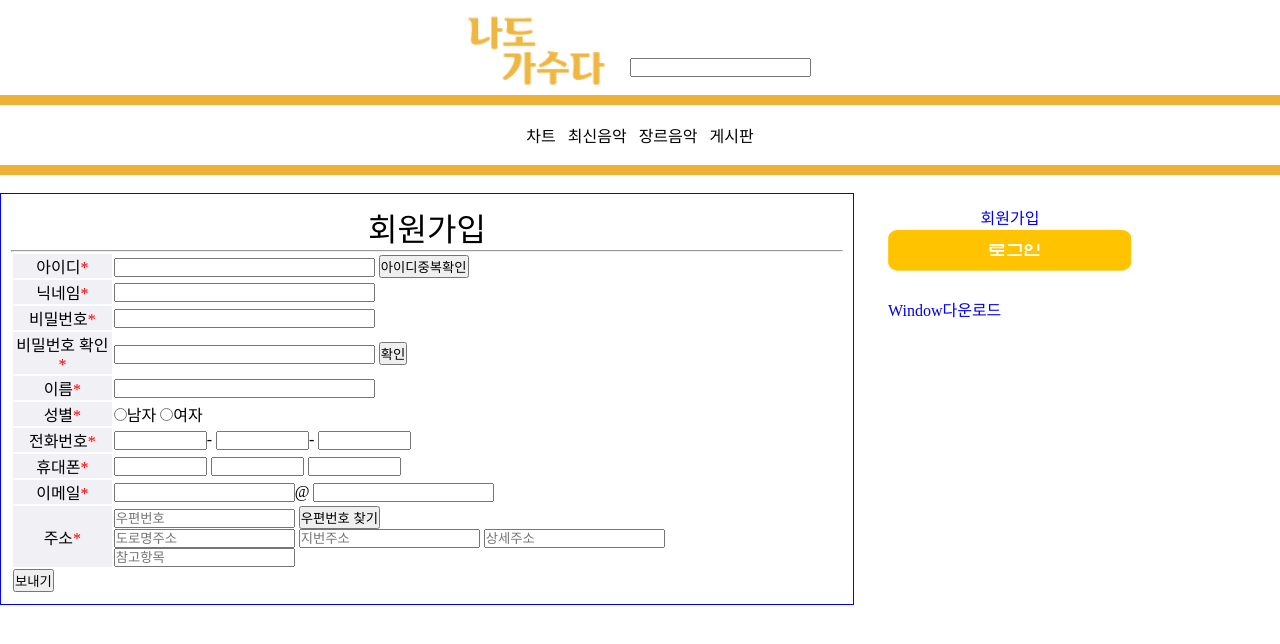
Repository: Ea-Bell/GraduationPortfolio
Page: http://localhost/WebTest/webTest/View/login/signUp.jsp
An editor plug-in stored every save of this project. The page is shown before and after the next save, followed by the edit.
The browser window is 1280 px wide. The pictures show the whole page.
The page is served by Tomcat 9. Nobody is signed in. The application's start-up code is not run. Other server files are loaded and not shown.

Above is the page before, as saved 2020-09-16 08:28:19.

### WEB_Server/WebTest/WebContent/webTest/View/login/signUp.jsp
<%@ page language="java" contentType="text/html; charset=UTF-8"
	pageEncoding="UTF-8"%>
<%@ taglib uri="http://java.sun.com/jsp/jstl/core" prefix="c"%>
<!DOCTYPE html>
<html>
<head>

<meta charset="UTF-8">
<title>회원가입</title>
<link rel="stylesheet" type="text/css" href="/webTest/Model/login/info.css" />
<link rel="stylesheet" type="text/css"
	href="/webTest/Model/mainForm/mainForm.css" />
<script type="text/javascript" src="/webTest/Model/mainForm/mainForm.js"></script>
</head>
<%-- 기본 기능 스크립트--%>
<script type="text/javascript" src="/webTest/Model/login/info.js"></script>

<%-- 다음 주소 스크립트--%>
<script
	src="https://t1.daumcdn.net/mapjsapi/bundle/postcode/prod/postcode.v2.js"></script>

<body>

<header>
	<div align="center">

		<form action="mainForm.jsp" method="post">
			<!-- 헤더 -->

				<a href="/index" style="background: white;">
					 <img src="/webTest/img/logo.png"
					 style="position: relative; top: 15px; left: 0px; width: 140px; width:140px"></a>
					  <input type="text" onclick=""
					style="position: relative; left: 20px;">
				&nbsp;&nbsp;&nbsp;&nbsp;&nbsp; <br>
				<br>

				<hr id="head_line" size="10px" color="#ECB237">

				<br> <a href="" onmouseover="TextMover()"
					onmouseout="TextMount()" id="nav" style="color: black;">차트</a>
				&nbsp; <a href="/webTest/View/fileUpLoad/fileList.jsp" onmouseover="TextMover2()"
					onmouseout="TextMount2()" id="nav2" style="color: black;">최신음악</a>
				&nbsp; <a href="" onmouseover="TextMover3()"
					onmouseout="TextMount3()" id="nav3" style="color: black;">장르음악</a>
						&nbsp; <a href="/webTest/article/list.jsp"  id="nav3" style="color: black;">게시판</a>
				<br>
				<br>
		</form>



	</div>
</header>
		<hr id="head_line" size="10px" color="#ECB237">
		<br>
	<!-- 콘텐츠 -->

	<div id="content"  style="border:1px solid blue; padding:10px; width: 65%;  float: left;" >


<form action="" name="join" method="post">
		<div align="center">
			<span> <font size="6px">회원가입</font>
			</span>
			<hr>
		</div>
		<div align="center">
			<table>
				<tr>
					<td align="center" id="iColor">아이디<span id="iSpan">*</span></td>
					<td><input type="text" size="30" name="id" value="${param.id}">
						<input type="submit" value="아이디중복확인" name="btn1" onclick="Btn(1)">
					</td>
				</tr>
				<tr>
					<td align="center" id="iColor">닉네임<span id="iSpan">*</span></td>
					<td><input type="text" size="30" name="nickname"> <c:if
							test="${errors.nickname }">닉네임을 입력하시오.</c:if></td>
				</tr>
				<tr>
					<td align="center" id="iColor">비밀번호<span id="iSpan">*</span></td>
					<td><input type="password" size="30" name="pw"> <c:if
							test="${errors.pw}}">암호를 입력하시오</c:if></td>
				</tr>
				<tr>
					<td align="center" id="iColor">비밀번호 확인<span id="iSpan">*</span></td>
					<td><input type="password" size="30"> <input type="submit"
						value="확인" name="confirmPw" onclick="Btn(3)"> <c:if
							test="${errors.confirmPw}">암호를 입력하시오.</c:if></td>
				</tr>
				<tr>
					<td align="center" id="iColor">이름<span id="iSpan">*</span></td>
					<td><input type="text" size="30" name="name"
						value="${param.name}"> <c:if test="${errors.name} }"></c:if>
					</td>
				</tr>

							<!-- 성별에서 디비 오류남 -->
				<tr>
					<td align="center" id="iColor">성별<span id="iSpan">*</span></td>
					<td><input type="radio" name="gender" value="남">남자 <input
						type="radio" name="gender" value="여">여자 <c:if
							test="${errors.gender}">성별을 클릭하시오.</c:if></td>
				</tr>
				<tr>
					<td align="center" id="iColor">전화번호<span id="iSpan">*</span></td>
					<td><input type="text" size="9" name="tel1">- <input
						type="text" size="9" name="tel2">- <input type="text"
						size="9" name="tel3"> <c:if test="${errors.tel }">전화번호를 입력하시오</c:if>
					</td>
				</tr>
				<tr>
					<td align="center" id="iColor">휴대폰<span id="iSpan">*</span></td>
					<td><input type="text" size="9" name="phone1"> <input
						type="text" size="9" name="phone2"> <input type="text"
						size="9" name="phone3"> <c:if test="${errors.phone}">번호를 입력하시오</c:if>
					</td>
				</tr>
				<tr>
					<td align="center" id="iColor">이메일<span id="iSpan">*</span></td>


			<td>
			<input type="text" name ="email1">@
			<input type="text" name ="email2">

			</td>
				<%-- 테스트 해야한다
<!-- 이메일  오류 있으니 이메일 체인지 찾아서 수정해서 완료할것(완료시 주석 삭제 요청함) -->

					<td>

						<input type="text" name="email1" onfocus="this.value='';"> @
						<input type="text" name="email2" value="" disabled>
						 <select name="email1" onchange="email_change()">
							<!--     <option value="0" >선택하세요</option> -->
							<option id="email2" value="9">직접입력</option>

							<option value="naver.com">naver.com</option>

							<option value="nate.com">nate.com</option>
					</select> <!-- 이메일끝 요기서 이메일 텍스트 부분을 3가지로 나눠서 생각하시오 --> <c:if
							test="errors.email">이메일을 입력하시오</c:if>
					</td>

					 --%>
				</tr>
				<tr>
					<td align="center" id="iColor">주소<span id="iSpan">*</span></td>

					<td><input type="text" id="sample4_postcode" name="addr1"
						placeholder="우편번호"> <input type="button"
						onclick="sample4_execDaumPostcode()" value="우편번호 찾기"><br>

						<input type="text" id="sample4_roadAddress" name="addr2"
						placeholder="도로명주소"> <input type="text"
						id="sample4_jibunAddress" name="addr3" placeholder="지번주소">

						<span id="guide" style="color: #999; display: none"></span> <input
						type="text" id="sample4_detailAddress" name="addr4"
						placeholder="상세주소"> <input type="text"
						id="sample4_extraAddress" name="addr5" placeholder="참고항목">
						<c:if test="errors.addr">주소를 입력하시오</c:if></td>
				</tr>
				<tr >
					<td colspan="3"><input type="submit" value="보내기" name="btn2"
						onclick="Btn(2)" ></td>
				</tr>
			</table>
		</div>
	</form>
	</div>



	<div style="padding:10px; width: 30%; float: right;">
		<aside id="main_aside">

			<table border="0">
				<tr>
					<td><c:if test="${empty authUser }">
							<div align="center"><a href=""></a> <a href="/webTest/login/signUp.jsp">회원가입</a></div>
							<a href="/webTest/login/login.jsp" ><img alt="" src="/webTest/img/login/login.png" style="height: 42px; width: 244px;"></a>
							<br>

						</c:if> <c:if test="${!empty authUser}">
				${authUser.nickname}님, 안녕하세요.<br />
							<a href="/LogoutHandler">[로그아웃하기]</a>
							<a href="changePwdForm.jsp">[암호변경하기]</a>
									&nbsp;&nbsp;&nbsp;&nbsp;&nbsp;&nbsp;&nbsp;&nbsp;&nbsp;&nbsp;<a href="/webTest/list/newMusicForm.jsp">[마이페이지]</a>
						</c:if></td>
				</tr>
			</table>

			<br>
			<table border="0">
				<tr>

					<td>
				<a href="/webTest/나는가수다.msi" download=>Window다운로드</a>
					</td>

				</tr>
			</table>

		</aside>
		</div>



	<!-- 바텀 -->
	<div align="center">



	</div>

</body>
</html>

### WEB_Server/WebTest/WebContent/webTest/Model/login/info.css
@charset "UTF-8";

#iColor
{
	background-color: #f0f0f5;
}
#iSpan
{
	color: red;
	align-content: center;
}

### WEB_Server/WebTest/WebContent/webTest/Model/mainForm/mainForm.css
@charset "UTF-8";
body{
	position: relative;
}

*{ margin:0; padding :0;}

img{border: 0; width:16px ; height: 16 px;}


#content{
	/* 중앙 정렬*/
	width: 960px;

	/* 수평 레이아웃 구성 */
	overflow: hidden;
}
#content > #main_section
{
	width: 650px;
	float: left;			/* 왼쪽에 붙입니다*/
}

#content > #main_aside{
	height:30%;
	width : 25%;
	float: right;           /*오른쪽에 붙입니다.*/
	margin-bottom: 20px;
	padding: 10px;

	color: #ff8000;


}



#content > #main_bside{

	width : 30%;
	height:0%;
	float: left;           /*왼쪽에 붙입니다.*/
	margin-bottom: 20px;
	padding: 10px;


}
#content > #main_cside{
	width :70%;
	height: 0%;
	float: none;           /*가운데에 붙입니다.*/
	margin-bottom: 20px;
	padding: 10px;
	border: 1px solid #e4e4e4;
	color: #ff8000;
	background-color:ff8000;
}

#textcolor{
	border: 1px solid #e4e4e4;
	color: #ff8000;
	background-color:ff8000;
}

#hr
{

}
#nav
{
	 font-family: ""
}
#winFont{
	font-family: "돋음";
	color: #1A1A1A;
}
a {
  text-decoration: none;
}

### WEB_Server/WebTest/WebContent/webTest/Model/mainForm/mainForm.js
/**
 *
 */

//문자나 이미지가 밖으로 나갔을경우
function TextMover() {
	var dama = document.getElementById('nav');
	dama.style.color="Red";
}
function ImgMover() {

}
function TextMover2() {
	var dama = document.getElementById('nav2');
	dama.style.color="Red";
}
function TextMover3() {
	var dama = document.getElementById('nav3');
	dama.style.color="Red";
}
//문자나 이미지가 밖으로 갔을경우
function TextMount() {
	var dama = document.getElementById('nav');
	dama.style.color="Black";
}
function TextMount2() {
	var dama = document.getElementById('nav2');
	dama.style.color="Black";
}
function TextMount3() {
	var dama = document.getElementById('nav3');
	dama.style.color="Black";
}
function ImgMount() {

}

### WEB_Server/WebTest/WebContent/webTest/Model/login/info.js
/**
 *
 */




function email_change(){

/*
if(document.join.email.options[document.join.email.selectedIndex].value == '0'){

 document.join.email2.disabled = true;

 document.join.email2.value = " ";
 dovument.join.email2.text = "";
}
*/



}
	function pwErrorCheck(){
	    var pw = document.join.wUserPW.value;
	    //var confirmPW = document.join.wUserPWConfirm.value;
	    if (pw.length < 6 || pw.length > 16) {
	        window.alert('비밀번호는 6글자 이상, 16글자 이하만 이용 가능합니다.');
	        document.join.pw.value =""
	        document.join.pwCheck.value="";
	        document.join.pw.focus();
	    }
	}


	function isSame(){
		var pw = document.join.pw.value;
	    var confirmPW = document.join.confirmPW.value;
		if(pw !="" && confirmPW!="") {
	        if(pw == confirmPW) {
	        	  document.getElementById('check').innerHTML='비밀번호가 일치합니다.'
	              document.getElementById('check').style.color='blue';
	        }
	        else {
	        	document.getElementById('check').innerHTML='비밀번호가 일치하지 않습니다.';
	            document.getElementById('check').style.color='red';
	        }
	    }
	}




function SetEmailTail(emailValue) {
	  if ( emailValue == "notSelected" ){
		  document.join.email2.readOnly = true;
		  document.join.email2.value = "";
	  }
	  else if ( emailValue == "etc" ) {
		  document.join.email2.readOnly = false;
		  document.join.email2.value = "";
	  } else {
		  document.join.email2.readOnly = true;
		  document.join.email2.value = emailValue;
	  }
}


function Btn(index){

	if(index ==1){
		document.join.method="post"
		document.join.action="../../test/test1.jsp";

	}
	else if(index==2)
		{
		document.join.method="post"
			document.join.action="/WebTest/Servlet";
		}
	else if(index ==3)
		{document.join.method="post"
		document.join.action="../../test/test3.jsp";
		}
	document.join.submit();
}



//본 예제에서는 도로명 주소 표기 방식에 대한 법령에 따라, 내려오는 데이터를 조합하여 올바른 주소를 구성하는 방법을 설명합니다.
function sample4_execDaumPostcode() {
    new daum.Postcode({
        oncomplete: function(data) {
            // 팝업에서 검색결과 항목을 클릭했을때 실행할 코드를 작성하는 부분.

            // 도로명 주소의 노출 규칙에 따라 주소를 표시한다.
            // 내려오는 변수가 값이 없는 경우엔 공백('')값을 가지므로, 이를 참고하여 분기 한다.
            var roadAddr = data.roadAddress; // 도로명 주소 변수
            var extraRoadAddr = ''; // 참고 항목 변수

            // 법정동명이 있을 경우 추가한다. (법정리는 제외)
            // 법정동의 경우 마지막 문자가 "동/로/가"로 끝난다.
            if(data.bname !== '' && /[동|로|가]$/g.test(data.bname)){
                extraRoadAddr += data.bname;
            }
            // 건물명이 있고, 공동주택일 경우 추가한다.
            if(data.buildingName !== '' && data.apartment === 'Y'){
               extraRoadAddr += (extraRoadAddr !== '' ? ', ' + data.buildingName : data.buildingName);
            }
            // 표시할 참고항목이 있을 경우, 괄호까지 추가한 최종 문자열을 만든다.
            if(extraRoadAddr !== ''){
                extraRoadAddr = ' (' + extraRoadAddr + ')';
            }

            // 우편번호와 주소 정보를 해당 필드에 넣는다.
            document.getElementById('sample4_postcode').value = data.zonecode;
            document.getElementById("sample4_roadAddress").value = roadAddr;
            document.getElementById("sample4_jibunAddress").value = data.jibunAddress;

            // 참고항목 문자열이 있을 경우 해당 필드에 넣는다.
            if(roadAddr !== ''){
                document.getElementById("sample4_extraAddress").value = extraRoadAddr;
            } else {
                document.getElementById("sample4_extraAddress").value = '';
            }

            var guideTextBox = document.getElementById("guide");
            // 사용자가 '선택 안함'을 클릭한 경우, 예상 주소라는 표시를 해준다.
            if(data.autoRoadAddress) {
                var expRoadAddr = data.autoRoadAddress + extraRoadAddr;
                guideTextBox.innerHTML = '(예상 도로명 주소 : ' + expRoadAddr + ')';
                guideTextBox.style.display = 'block';

            } else if(data.autoJibunAddress) {
                var expJibunAddr = data.autoJibunAddress;
                guideTextBox.innerHTML = '(예상 지번 주소 : ' + expJibunAddr + ')';
                guideTextBox.style.display = 'block';
            } else {
                guideTextBox.innerHTML = '';
                guideTextBox.style.display = 'none';
            }
        }
    }).open();
}

After the next save:
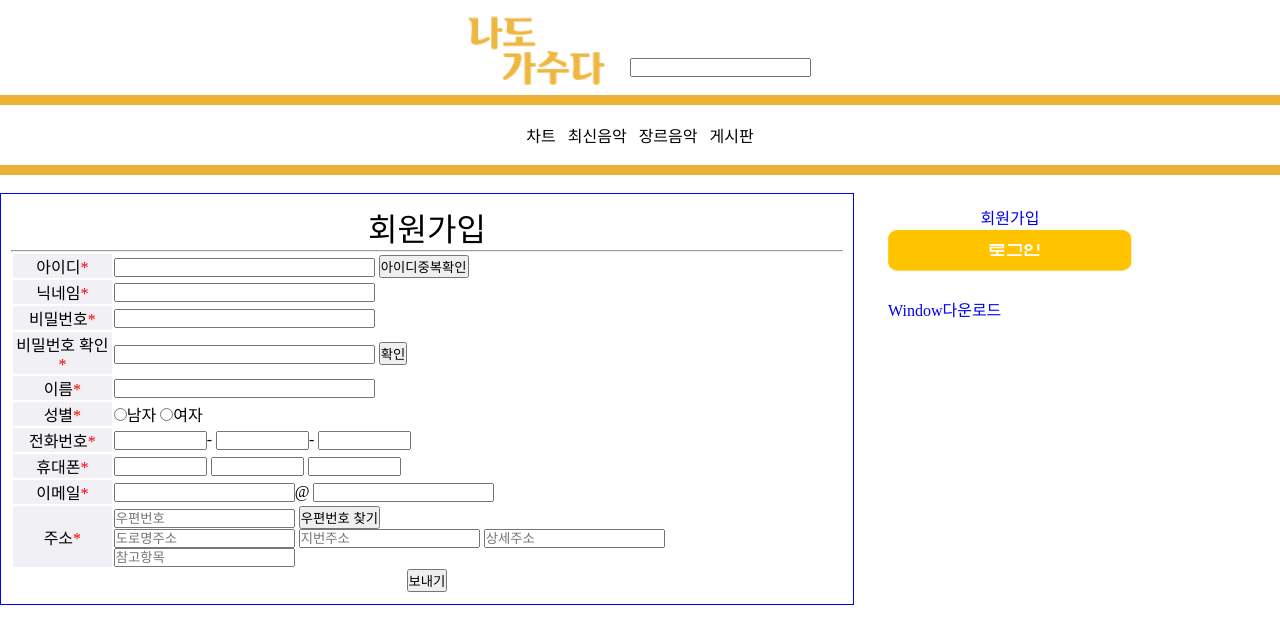
Saved 14 s later.
--- a/WEB_Server/WebTest/WebContent/webTest/View/login/signUp.jsp
+++ b/WEB_Server/WebTest/WebContent/webTest/View/login/signUp.jsp
@@ -164,7 +164,7 @@
 						<c:if test="errors.addr">주소를 입력하시오</c:if></td>
 				</tr>
 				<tr >
-					<td colspan="3"><input type="submit" value="보내기" name="btn2"
+					<td colspan="3" align="center"><input type="submit" value="보내기" name="btn2"
 						onclick="Btn(2)" ></td>
 				</tr>
 			</table>
